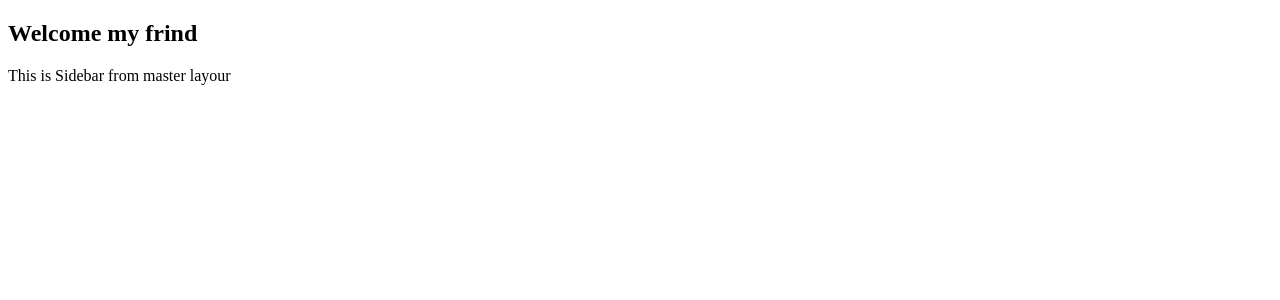
Repository: Waleied/laravel-postgres-app
Page: http://localhost/my
An editor plug-in stored every save of this project. The page is shown before and after the next save, followed by the edit.
The browser window is 1280 px wide. The pictures show the whole page.
The page is served by the project's Laravel application, run on PHP 8.4 with Laravel 8. Other server files are loaded and not shown.

Above is the page before, as saved 2021-12-29 09:23:57.

### routes/web.php
<?php

use Illuminate\Support\Facades\Route;
use App\Http\Controllers\BlogController;
Use App\Http\Controllers\UserController;

/*
|--------------------------------------------------------------------------
| Web Routes
|--------------------------------------------------------------------------
|
| Here is where you can register web routes for your application. These
| routes are loaded by the RouteServiceProvider within a group which
| contains the "web" middleware group. Now create something great!
|
*/

Route::get('/', function () {
    return view('welcome');
});
// Route::get('/my', function () {
//     return view('my');
// });
Route::view('my', "my");



Route::get('/about',[UserController::class, 'about']);
Route::get('/blog',[UserController::class, 'blogPost']);

### resources/views/my.blade.php
@extends('extends.lidar')

@section('title','contact Me')

@section('hello')
    <div class="container">
        <h2>Welcome my frind</h2>
    </div>

@endsection

### resources/views/extends/lidar.blade.php
<!DOCTYPE html>
<html lang="en">
<head>
        <meta charset="UTF-8">
        <meta name="viewport" content="width=device-width, initial-scale=1.0">
        <meta http-equiv="X-UA-Compatible" content="ie=edge">
        <title>@yield('title','No name')</title>
</head>
<body>
        @yield('hello')

        @section('sidebar')
            This is Sidebar from master layour
        @show
</body>
</html>

After the next save:
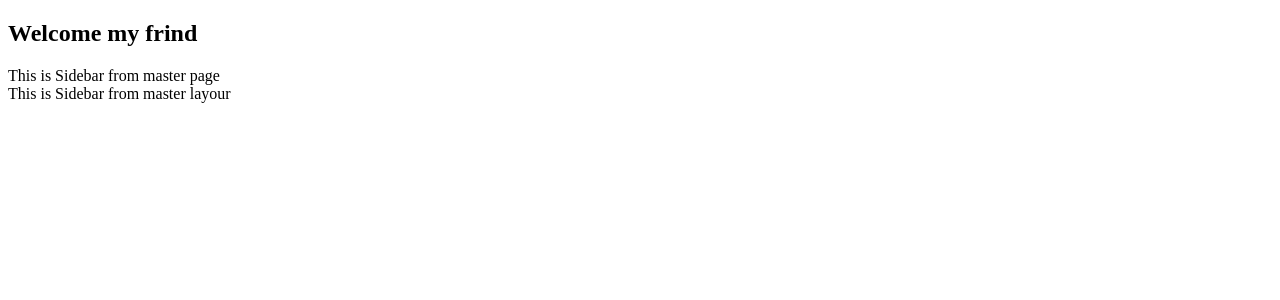
Saved 2 min 13 s later.
--- a/resources/views/my.blade.php
+++ b/resources/views/my.blade.php
@@ -8,3 +8,8 @@
     </div>
 
 @endsection
+
+@section('sidebar')
+            This is Sidebar from master page <br>
+    @parent
+@endsection
